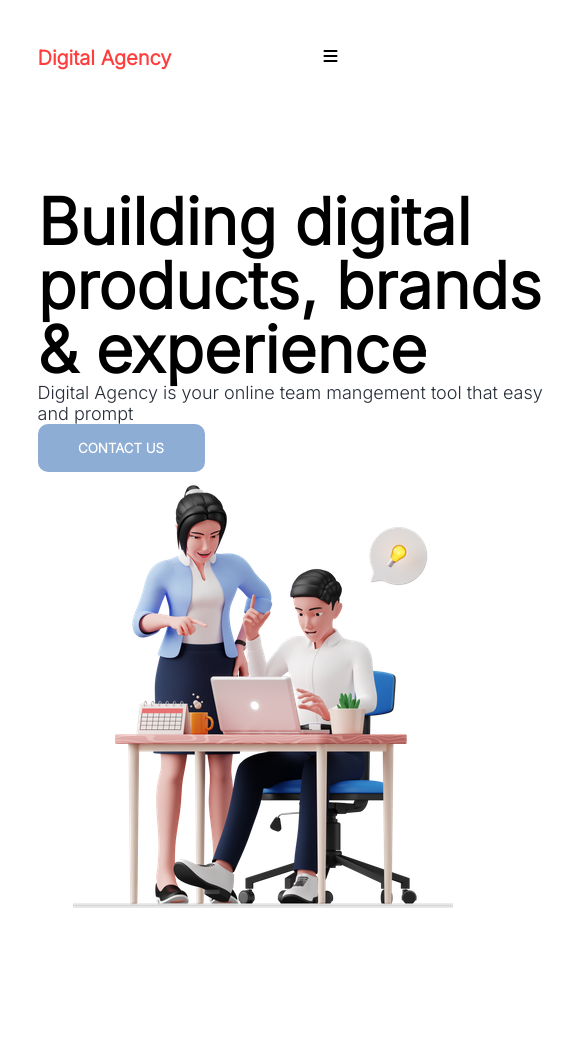
Repository: ThuatDev/fullstack_devc
Page: index.html
These files come from the project's save history. The page is drawn as it stood at one moment and after the next save; the edit follows.
The browser window is 375 px wide. The page is 578 px wide, so the pictures cover 578 px, including what lies to the right of the window. The pictures show the whole page.

Above is the page before, as saved 2022-11-09 17:36:41.

After the next save:
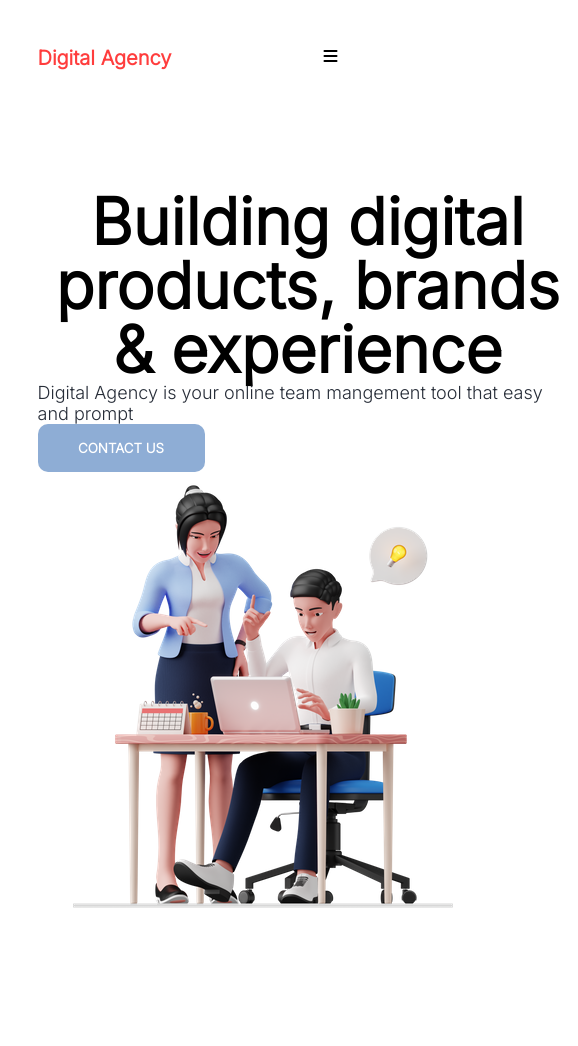
Saved 7 s later.
--- a/reposive.css
+++ b/reposive.css
@@ -29,4 +29,9 @@
   .h-section .h-section__left {
     margin-top: 20px;
   }
+  .h-section .h-section__left h2 {
+    font-size: 32px;
+    width: 100%;
+    text-align: center;
+  }
 }

After the save that followed:
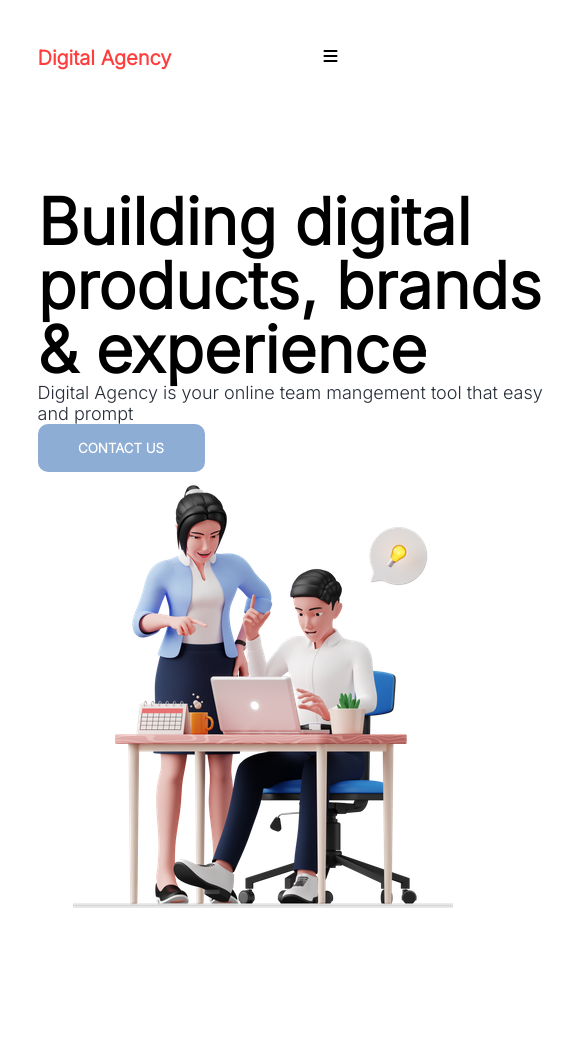
Saved 16 s later.
--- a/reposive.css
+++ b/reposive.css
@@ -31,7 +31,5 @@
   }
   .h-section .h-section__left h2 {
     font-size: 32px;
-    width: 100%;
-    text-align: center;
   }
 }
